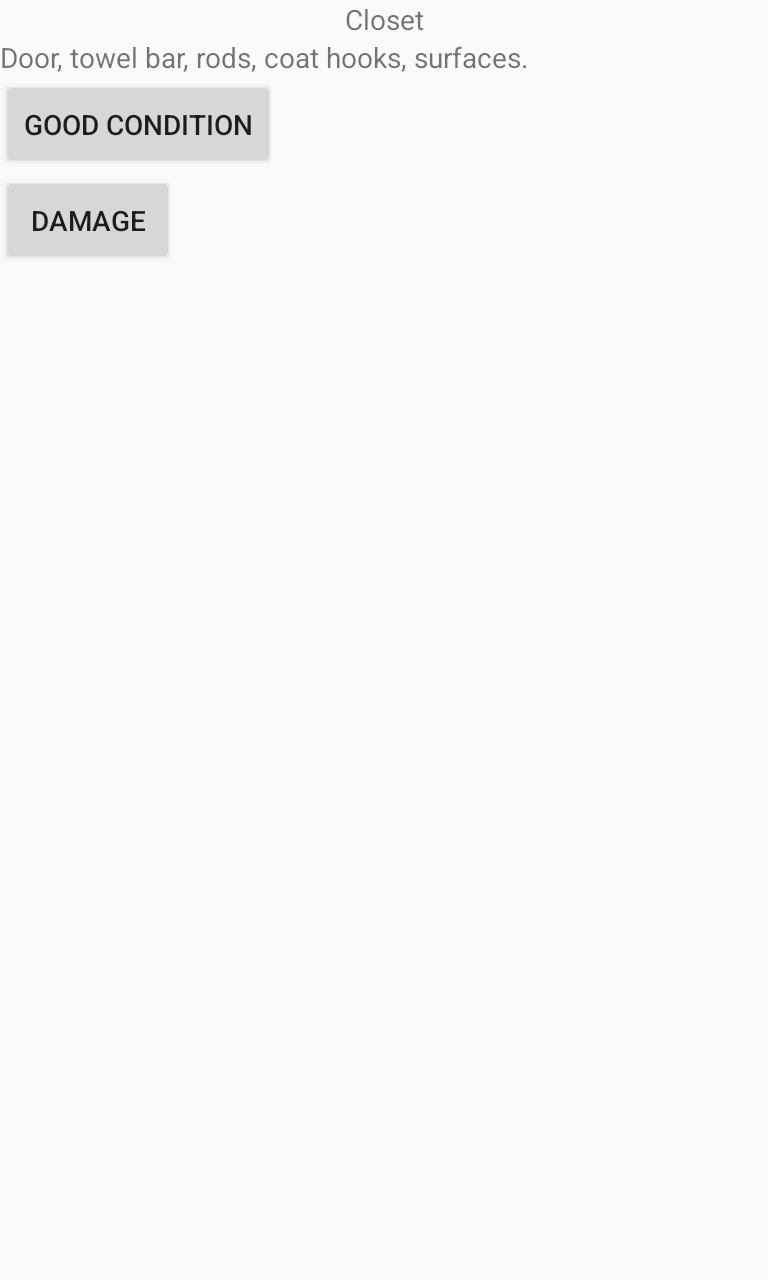
Repository: Android-BD/android-final-project
Layout: FinalProject/res/layout/rcr_form_element_fragment.xml
These files come from the project's save history. The layout is drawn as it stood at one moment and after the next save; the edit follows.
It is drawn on a 768 x 1280 px phone screen (xhdpi) without system bars, with theme AppTheme; the app's code is not run. Lists and similar views that code fills are empty.

Above is the layout before, as saved 2014-05-08 18:35:55.

After the next save:
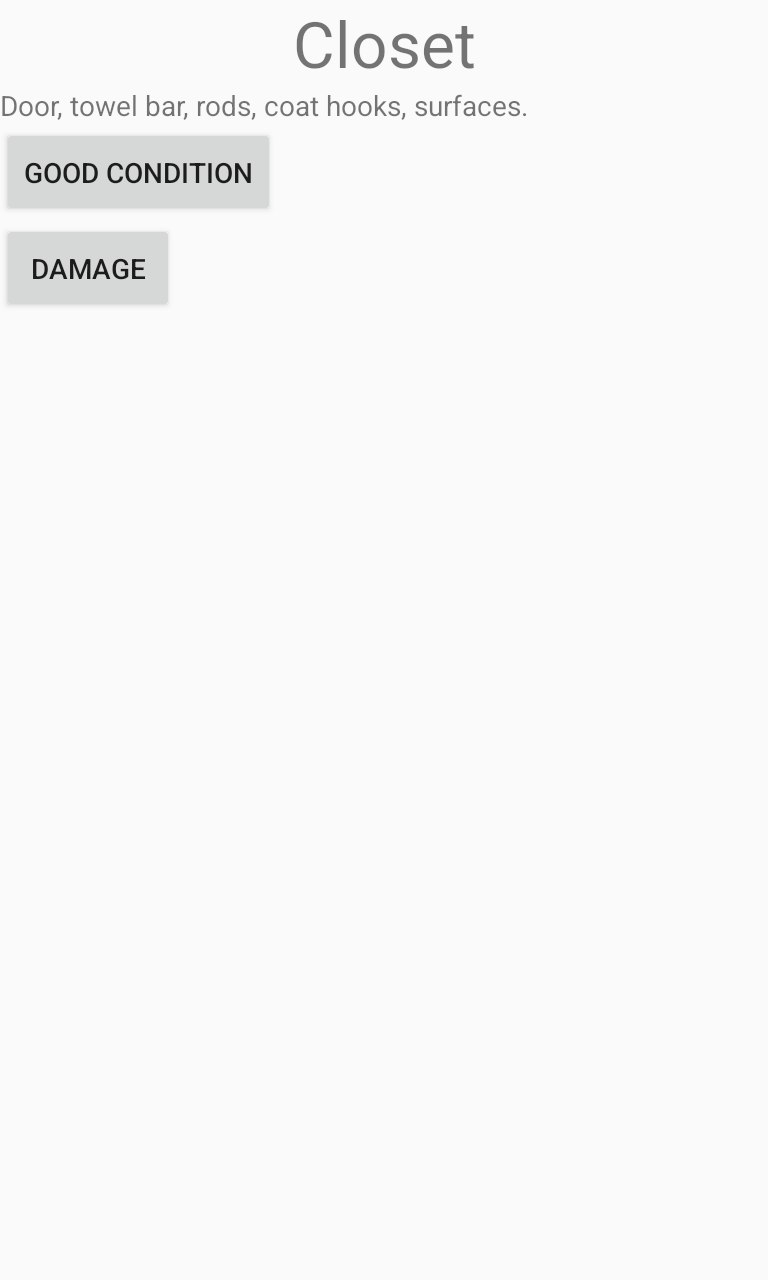
Saved 2 min 13 s later.
--- a/FinalProject/res/layout/rcr_form_element_fragment.xml
+++ b/FinalProject/res/layout/rcr_form_element_fragment.xml
@@ -8,6 +8,7 @@
         android:layout_width="match_parent"
         android:layout_height="wrap_content"
         android:gravity="center"
+        android:textSize="32sp"
         android:text="@string/category_title" />
 
     <TextView android:id="@+id/category_description"
